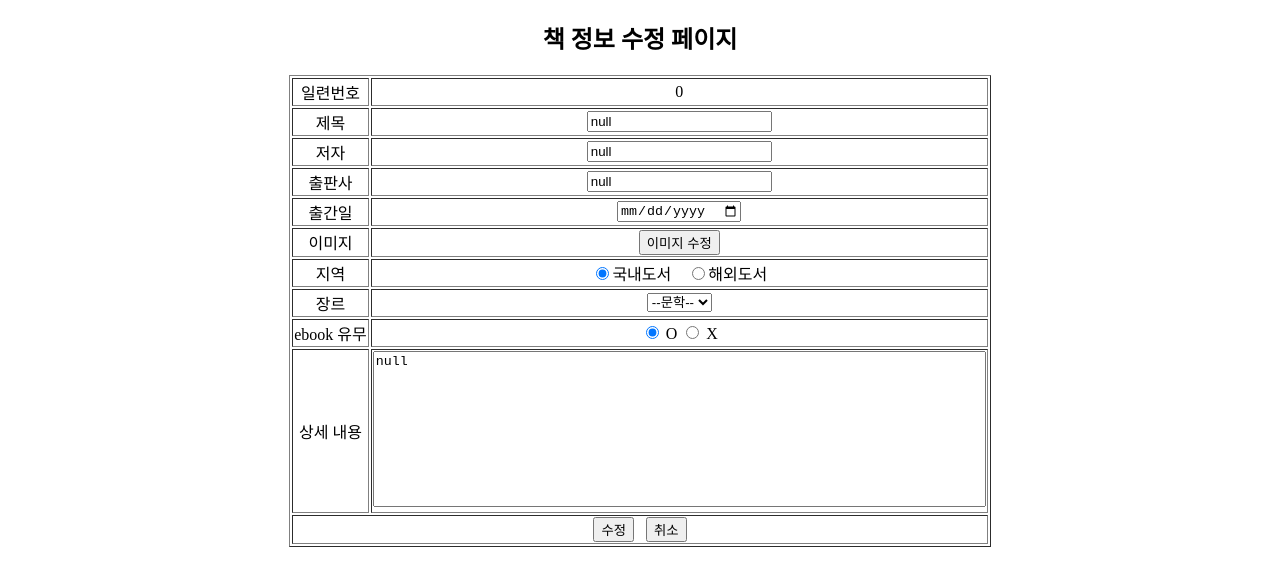
Repository: Served01/Project2_2209
Page: http://localhost/bookReviewProgram/bkUpdateform.jsp?bk_number=20220003
These files come from the project's save history. The page is drawn as it stood at one moment and after the next save; the edit follows.
The browser window is 1280 px wide. The pictures show the whole page.
The page is served by Tomcat 9. Queries for data that is not in the repository find no rows.

Above is the page before, as saved 2022-09-29 00:23:02.

After the next save:
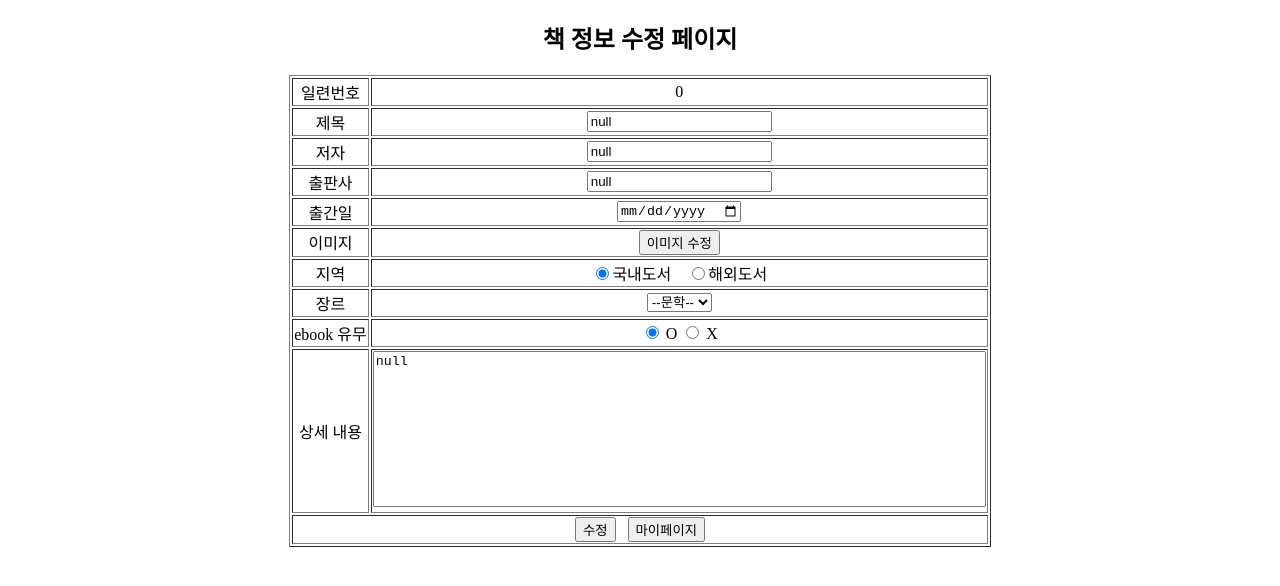
Saved 12 min 46 s later.
--- a/bookReviewProgram/src/main/webapp/bkUpdateform.jsp
+++ b/bookReviewProgram/src/main/webapp/bkUpdateform.jsp
@@ -38,19 +38,19 @@ margin: auto;
 	</tr>
 	<tr align = "center">
 		<td>제목</td>
-		<td><input type="text" name="bk_title" value=<%=bBean.getBk_title() %> /></td>
+		<td><input type="text" name="bk_title" value=<%=bBean.getBk_title() %> required  /></td>
 	</tr>
 	<tr align = "center">
 		<td>저자</td>
-		<td><input type="text" name="bk_writer" value=<%=bBean.getBk_writer() %> /></td>
+		<td><input type="text" name="bk_writer" value=<%=bBean.getBk_writer() %> required  /></td>
 	</tr>
 	<tr align = "center">
 		<td>출판사</td>
-		<td><input type="text" name="bk_publisher" value=<%=bBean.getBk_publisher() %> /></td>
+		<td><input type="text" name="bk_publisher" value=<%=bBean.getBk_publisher()%>  required /></td>
 	</tr>
 	<tr align = "center">
 		<td>출간일</td>
-		<td><input type="date" name="bk_pubdate" value=<%=bBean.getBk_pubdate() %> /></td>
+		<td><input type="date" name="bk_pubdate" value=<%=bBean.getBk_pubdate() %> required  /></td>
 	</tr>
 	<tr align = "center">
 		<td>이미지</td>
@@ -150,7 +150,7 @@ margin: auto;
 	<tr align="center">
 		<td colspan="2">
 			<input type="submit" value="수정"/>&nbsp;&nbsp;
-			<button type="button" onclick="javascript:history.go(-1)">취소</button>
+			<input type="button" value="마이페이지" onclick="location.href='mainSession.jsp?center=mbSelectPro.jsp&mb_id=<%=request.getParameter("mb_id") %>'" />
 			<input type="hidden" name="bk_number" value=<%=bBean.getBk_number()%> />
 	</tr>
 
